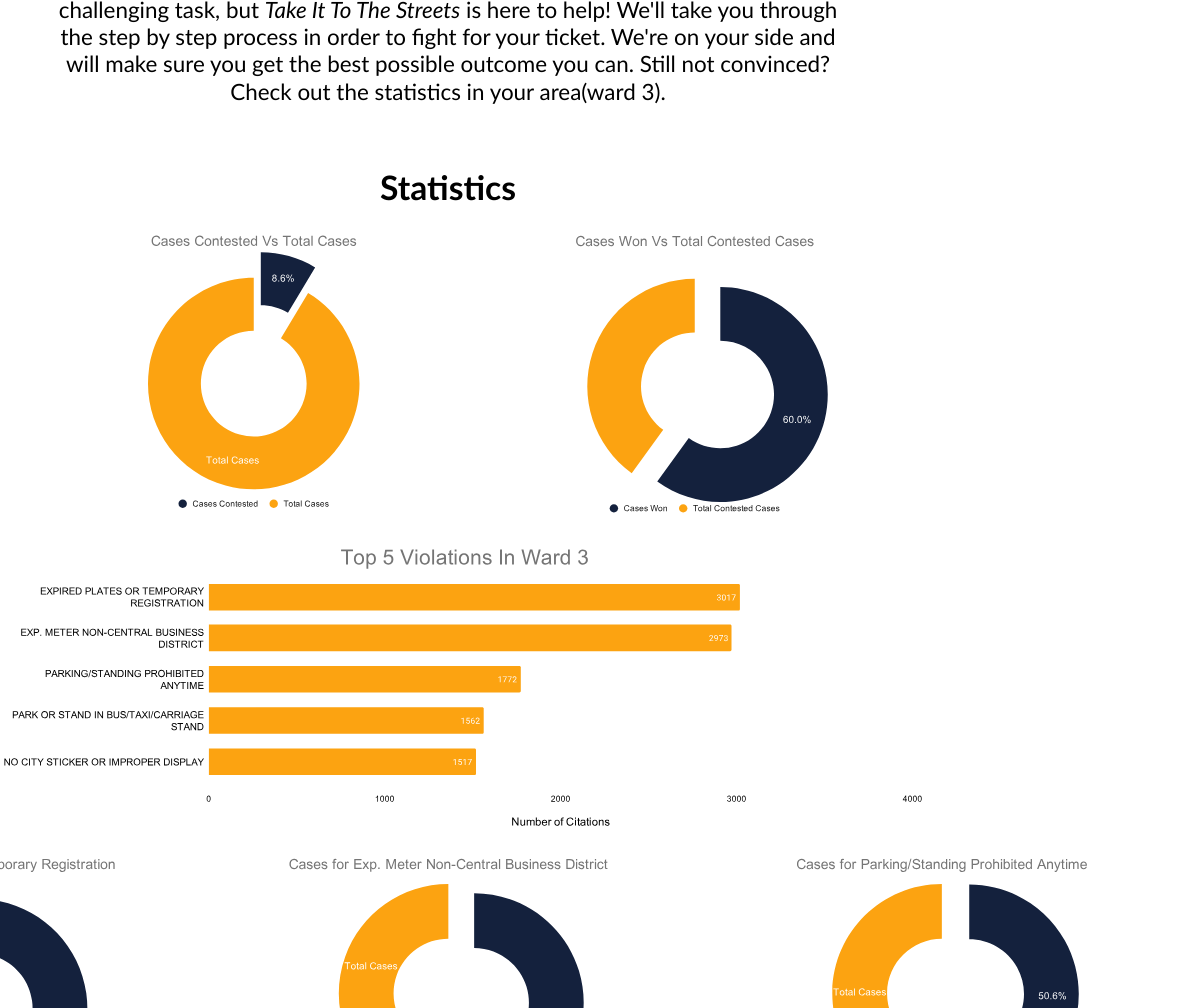
Repository: rdass1/COM421-FinalProject
Page: Website/index.html
The author's editor kept a copy of each file at every save. The page is drawn from the files as they stood at one save, then again after the next save.
The browser window is 1280 px wide. The page is 1698 px wide, so the pictures cover 1698 px, including what lies to the right of the window. The pictures show the part of the page from y = 706 to 2146 px (the page is 2927 px tall before and 2986 px after), at 70% of full size.

Above is the page before, as saved 2021-05-12 05:14:12.
Console error: TypeError: Cannot read properties of undefined (reading 'style')

After the next save:
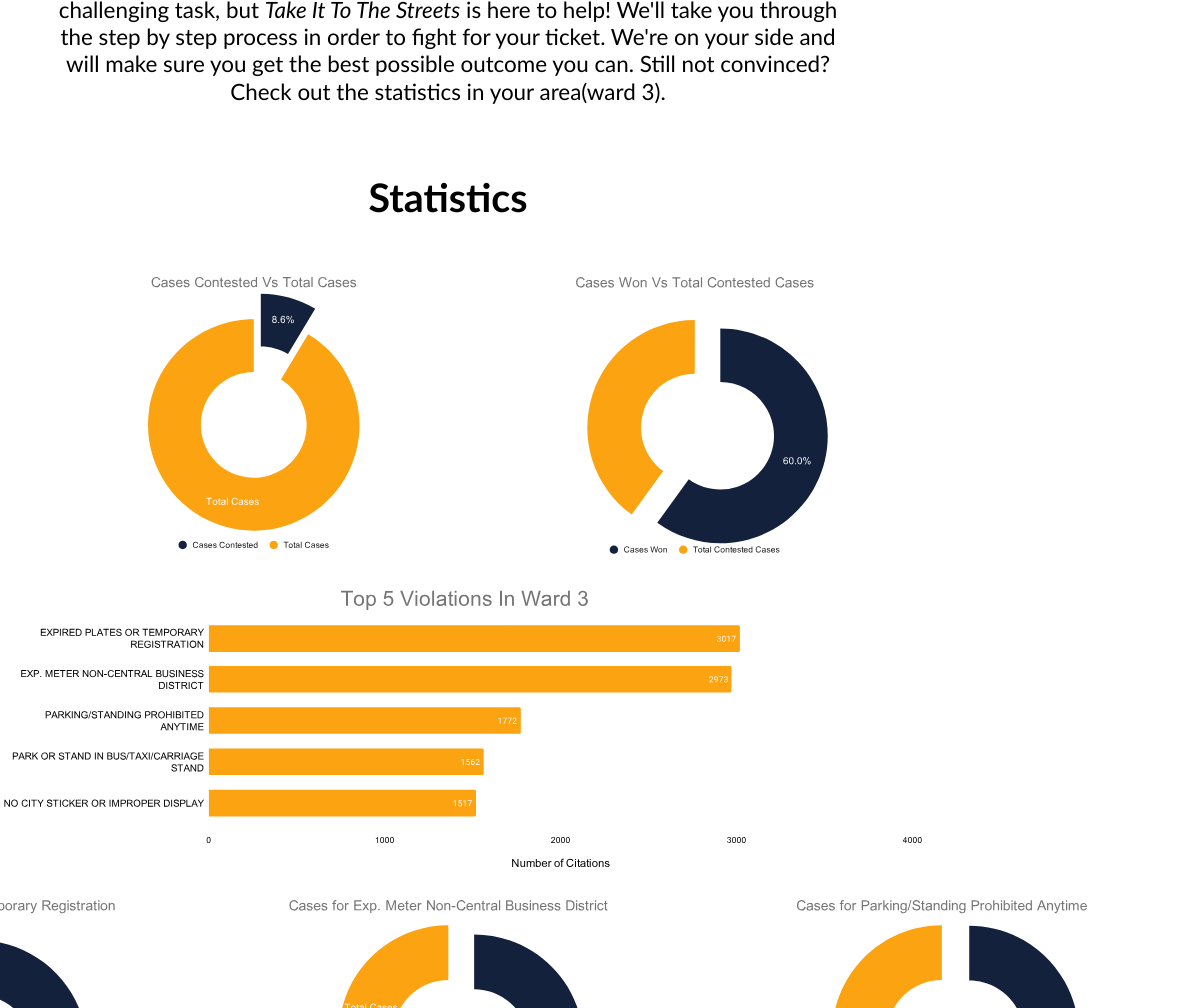
Saved 6 s later.
--- a/Website/css/index.css
+++ b/Website/css/index.css
@@ -199,7 +199,7 @@ html{
 
 }
 
-h3{
+#resources h3{
     text-align: center;
     font-size: 3rem;
     margin-bottom:15px;
